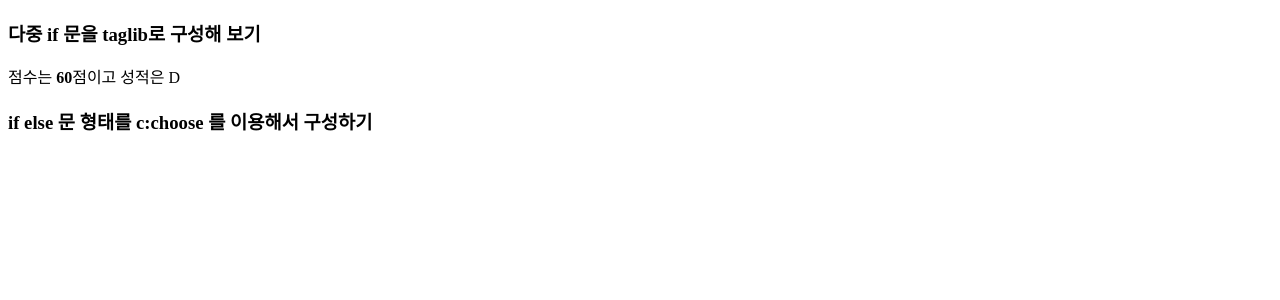
Repository: hyunhee7/web_work
Page: http://localhost/Step17_JSTL/jstl/test03.jsp
These files come from the project's save history. The page is drawn as it stood at one moment and after the next save; the edit follows.
The browser window is 1280 px wide. The pictures show the whole page.
The page is served by Tomcat 9.

Above is the page before, as saved 2017-07-12 07:06:19.

After the next save:
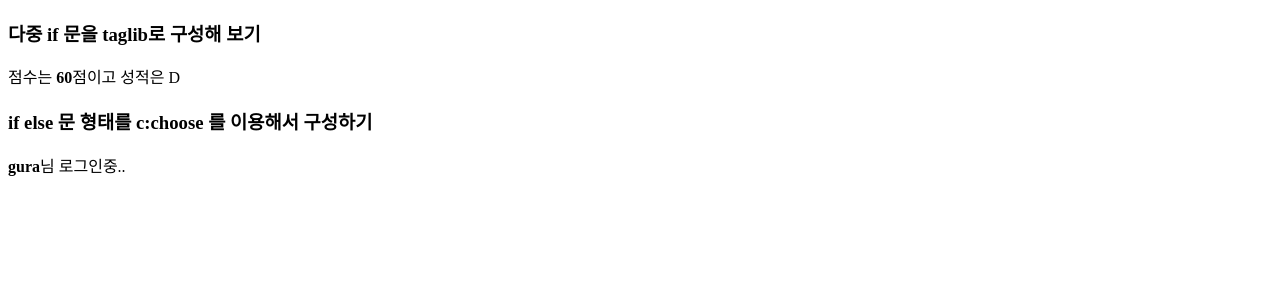
Saved 45 s later.
--- a/Step17_JSTL/WebContent/jstl/test03.jsp
+++ b/Step17_JSTL/WebContent/jstl/test03.jsp
@@ -31,7 +31,14 @@
 	<% session.setAttribute("id","gura"); %>
 	<h3>if else 문 형태를 c:choose 를 이용해서 구성하기</h3>
 	<c:choose>
-		<c:when test="${ not empty id }"></c:when>
+		<c:when test="${ not empty id }">
+			<p><strong>${id }</strong>님 로그인중..</p>
+		</c:when>
+		<c:otherwise>
+			<form action="signin.jsp" method="post">
+
+			</form>
+		</c:otherwise>
 	</c:choose>
 </body>
 </html>
